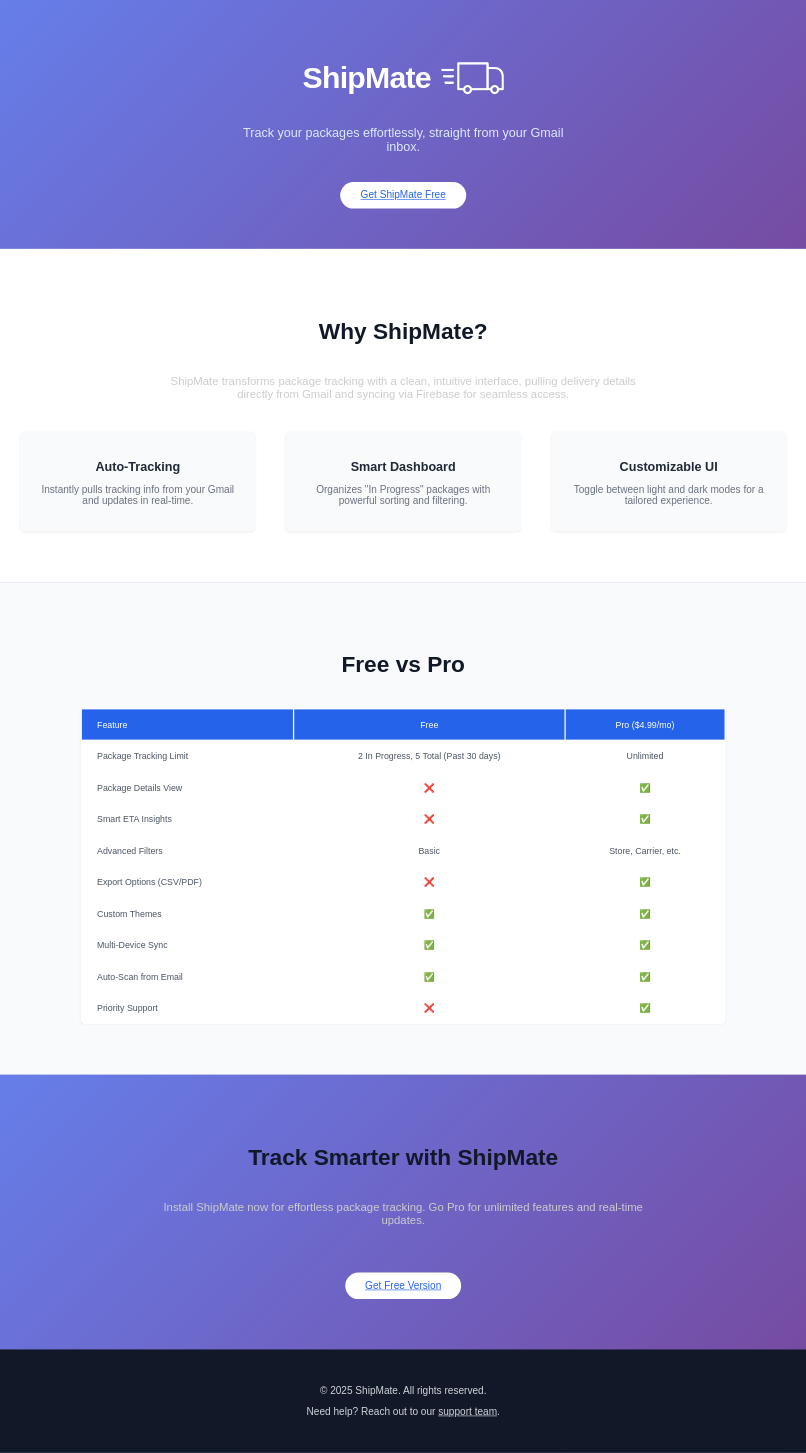
Repository: epeguero8311/shipmate-website
Page: index.html
These files come from the project's save history. The page is drawn as it stood at one moment and after the next save; the edit follows.
The browser window is 1280 px wide. The pictures show the whole page, at 63% of full size.

Above is the page before, as saved 2025-10-26 19:18:04.

After the next save:
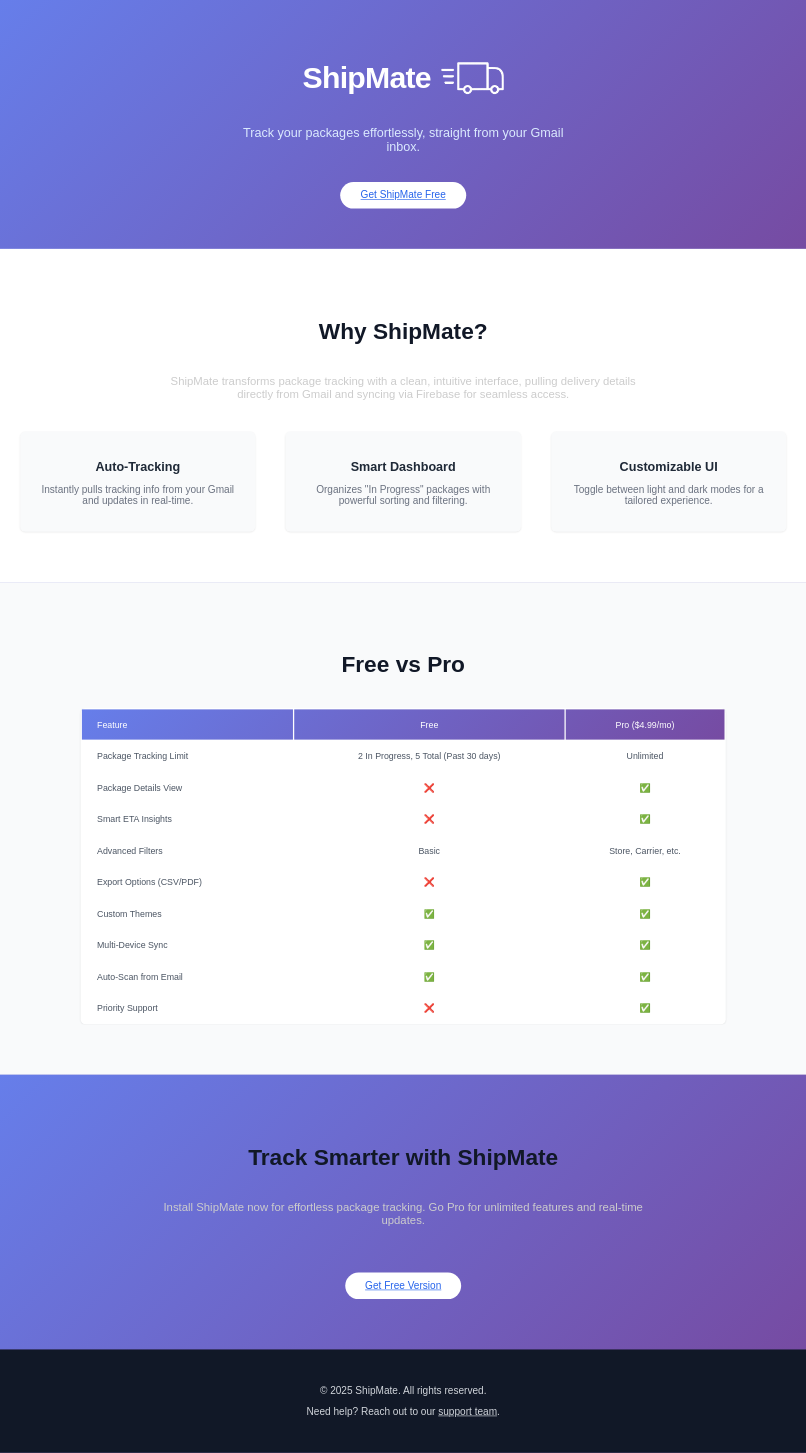
Saved 25 s later.
--- a/styles.css
+++ b/styles.css
@@ -177,7 +177,7 @@
 }
 
 .table-header {
-  background-color: #2563EB;
+  background: linear-gradient(135deg, #667eea 0%, #764ba2 100%);
   color: white;
 }
 
